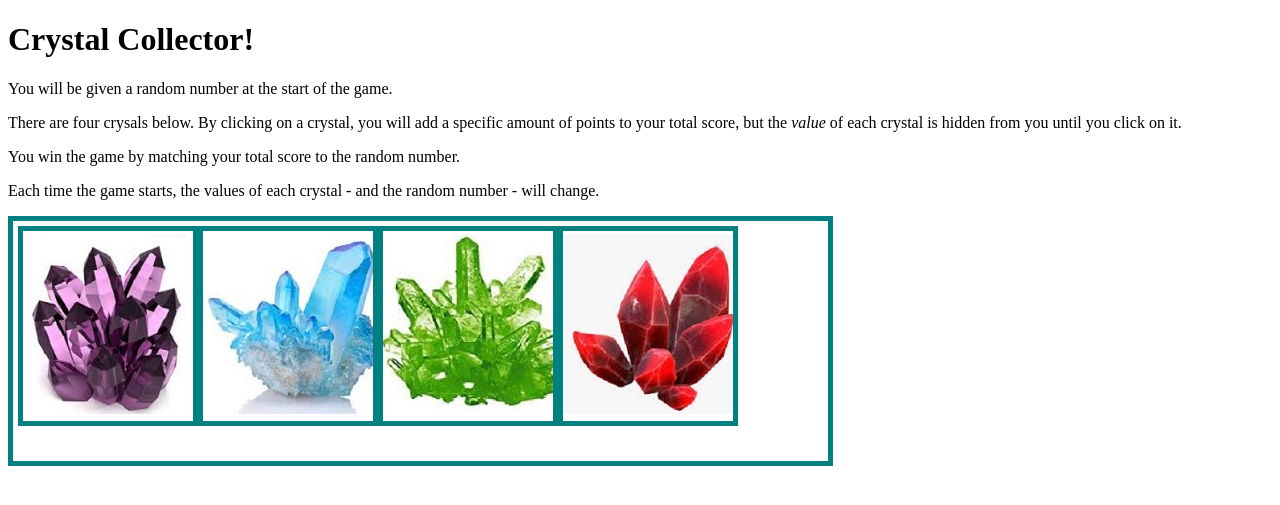
Repository: dsaftler/unit-4-game
Page: index.html
The author's editor kept a copy of each file at every save. The page is drawn from the files as they stood at one save, then again after the next save.
The browser window is 1280 px wide. The pictures show the whole page.

Above is the page before, as saved 2019-04-01 18:54:10.

After the next save:
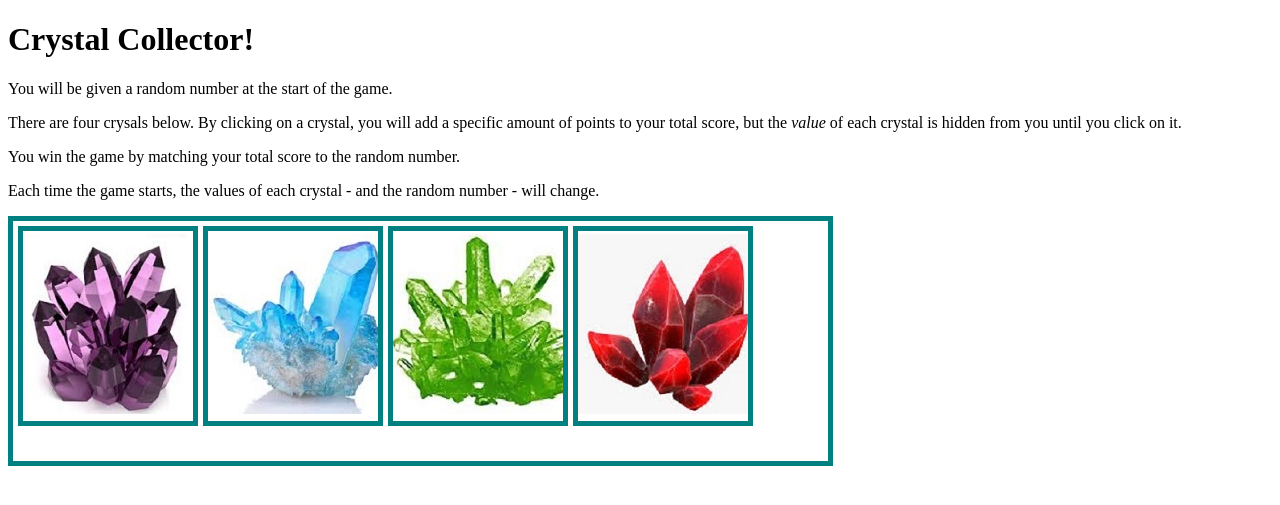
Saved 4 min 31 s later.
--- a/assets/css/style.css
+++ b/assets/css/style.css
@@ -22,7 +22,7 @@ background-image: url("assets/images/congruent_pentagon.png")
   float: left;
   height: 200px;
   width: 180px;
-  padding-right: 15px;
+  margin-right: 5px;
 
   border: teal 5px solid;
 
